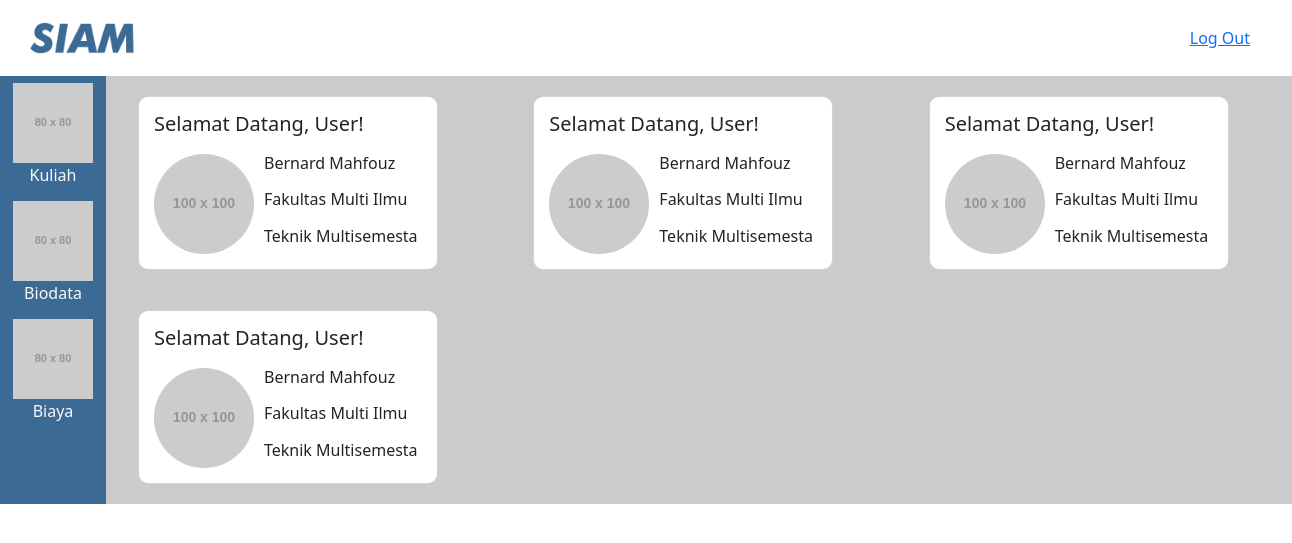
Repository: haikalirf/Project-IMK
Page: kuliah.html
An editor plug-in stored every save of this project. The page is shown before and after the next save, followed by the edit.
The browser window is 1280 px wide. The page is 1292 px wide, so the pictures cover 1292 px, including what lies to the right of the window. The pictures show the whole page.

Above is the page before, as saved 2022-12-10 13:51:30.

### kuliah.html
<!DOCTYPE html>
<html lang="en">
<head>
	<meta charset="UTF-8">
	<meta http-equiv="X-UA-Compatible" content="IE=edge">
	<meta name="viewport" content="width=device-width, initial-scale=1.0">
	<title>SIAM</title>
	<link rel="icon" href="/assets/logo_ub.ico">
	<link rel="stylesheet" href="https://cdn.jsdelivr.net/npm/bootstrap@5.2.3/dist/css/bootstrap.min.css" integrity="sha384-rbsA2VBKQhggwzxH7pPCaAqO46MgnOM80zW1RWuH61DGLwZJEdK2Kadq2F9CUG65" crossorigin="anonymous">
	<link rel="stylesheet" href="/styles/kuliah.css">
</head>
<body>
	<nav class="navbar" id="navbar">
		<a class="navbar-brand" href="/kuliah.html">
			<img id="navbar-image" src="/assets/SIAM.png" alt="SIAM">
		</a>
		<a class="navbar-link" href="#">Log Out</a>
	</nav>
	<div id="content">
		<div id="sidebar">
			<a class="btn" href="">
				<img id="sidebar-kuliah" src="https://via.placeholder.com/80" alt="Kuliah">
				<br>
				<label for="sidebar-kuliah">Kuliah</label>
			</a>
			<a class="btn" href="">
				<img id="sidebar-biodata" src="https://via.placeholder.com/80" alt="Biodata">
				<br>
				<label for="sidebar-biodata">Biodata</label>
			</a>
			<a class="btn" href="">
				<img id="sidebar-biaya" src="https://via.placeholder.com/80" alt="Biaya">
				<br>
				<label for="sidebar-biaya">Biaya</label>
			</a>
		</div>
		<main>
			<div class="row main-rows">
				<div class="col">
					<div class="card" id="card-user">
						<h5 class="card-title">Selamat Datang, User!</h5>
						<div class="card-body">
							<img class="rounded-circle" src="https://via.placeholder.com/100" alt="User Image">
							<div class="card-text-group">
								<h6>Bernard Mahfouz</h6>
								<h6>Fakultas Multi Ilmu</h6>
								<h6>Teknik Multisemesta</h6>
							</div>
						</div>
					</div>
				</div>
				<div class="col">
					<div class="card" id="card-user">
						<h5 class="card-title">Selamat Datang, User!</h5>
						<div class="card-body">
							<img class="rounded-circle" src="https://via.placeholder.com/100" alt="User Image">
							<div class="card-text-group">
								<h6>Bernard Mahfouz</h6>
								<h6>Fakultas Multi Ilmu</h6>
								<h6>Teknik Multisemesta</h6>
							</div>
						</div>
					</div>
				</div>
				<div class="col">
					<div class="card" id="card-user">
						<h5 class="card-title">Selamat Datang, User!</h5>
						<div class="card-body">
							<img class="rounded-circle" src="https://via.placeholder.com/100" alt="User Image">
							<div class="card-text-group">
								<h6>Bernard Mahfouz</h6>
								<h6>Fakultas Multi Ilmu</h6>
								<h6>Teknik Multisemesta</h6>
							</div>
						</div>
					</div>
				</div>
				<div class="col">
					<div class="card" id="card-user">
						<h5 class="card-title">Selamat Datang, User!</h5>
						<div class="card-body">
							<img class="rounded-circle" src="https://via.placeholder.com/100" alt="User Image">
							<div class="card-text-group">
								<h6>Bernard Mahfouz</h6>
								<h6>Fakultas Multi Ilmu</h6>
								<h6>Teknik Multisemesta</h6>
							</div>
						</div>
					</div>
				</div>
			</div>

		</main>
	</div>
	<script src="https://cdn.jsdelivr.net/npm/bootstrap@5.2.3/dist/js/bootstrap.bundle.min.js" integrity="sha384-kenU1KFdBIe4zVF0s0G1M5b4hcpxyD9F7jL+jjXkk+Q2h455rYXK/7HAuoJl+0I4" crossorigin="anonymous"></script>
</body>
</html>

### styles/kuliah.css
*, *::before, *::after {
	box-sizing: border-box;
}

#navbar {
	display: flex;
	justify-content: space-between;
	margin: 0px 30px;
}

#navbar-image {
	height: 50px;
}

#content {
	display: flex;
}

#sidebar {
	background-color: #3b6a94;
	display: flex;
	flex-direction: column;
}

a img, a label {
	color: #f9f9f9;
}

main {
	width: 100%;
}

.main-rows{
	background-color: #cbcbcb;
	margin-left: 0px;
}

.card {
	margin: 20px;
	padding: 15px;
	border-radius: 10px;
	width: 300px;
}

.card-body{
	display: flex;
	padding: 10px 0px 0px;
}

.card-text-group {
	margin-left: 10px;
	display: flex;
	flex-direction: column;
	justify-content: space-between;
}

After the next save:
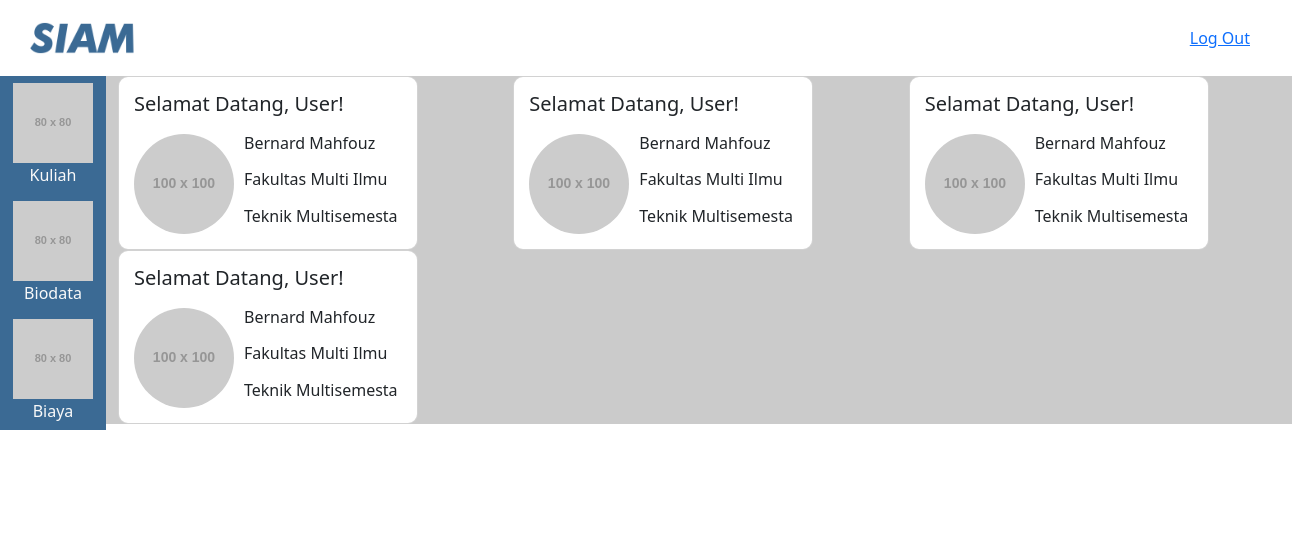
Saved 22 s later.
--- a/styles/kuliah.css
+++ b/styles/kuliah.css
@@ -36,7 +36,7 @@ main {
 }
 
 .card {
-	margin: 20px;
+	margin: 0px;
 	padding: 15px;
 	border-radius: 10px;
 	width: 300px;
